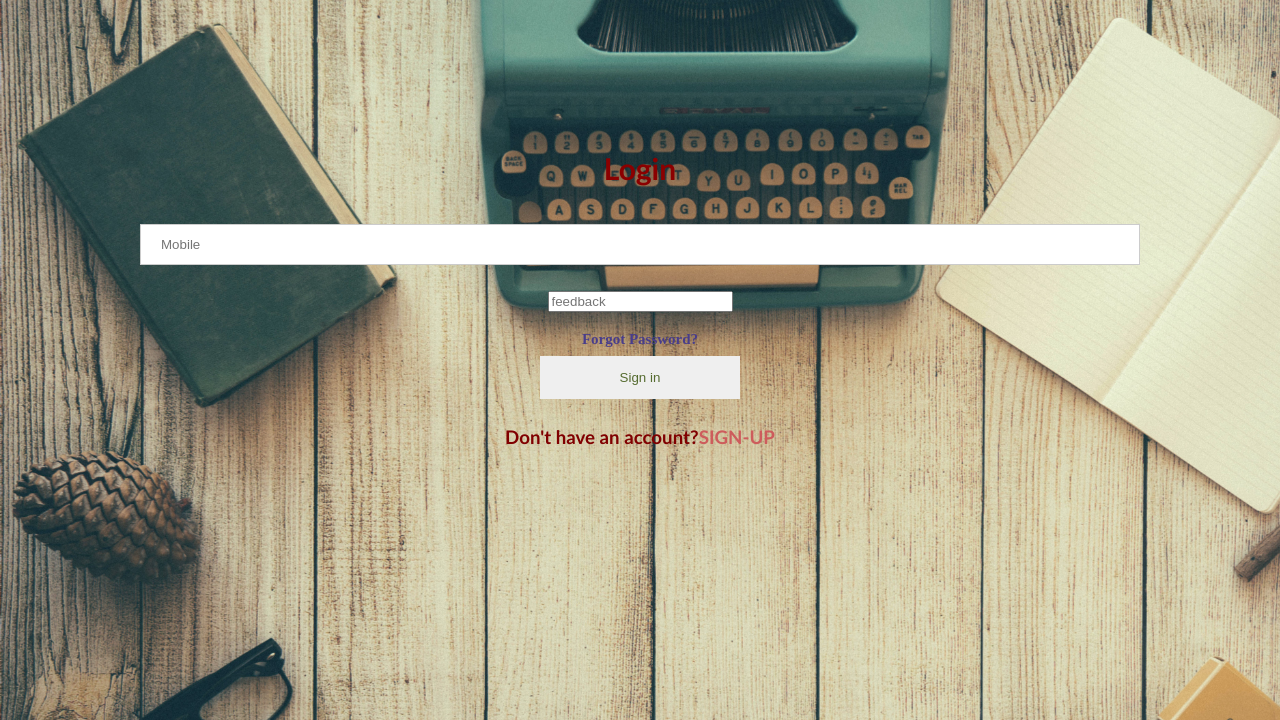
Repository: NAYAN9534/vehicle-booking-system
Page: http://localhost/minor/feedbacklogin.jsp
An editor plug-in stored every save of this project. The page is shown before and after the next save, followed by the edit.
The browser window is 1280 px wide. The pictures show the whole page.
The page is served by Tomcat 9.

Above is the page before, as saved 2017-05-27 15:37:36.

### minor/WebContent/feedbacklogin.jsp

<!DOCTYPE html>
<html>
<head>
	<title>Login</title>
	<link rel="icon"type="image" href="Logo.jpg"/>   <!--fav icon tag-->
</head>
<style type="text/css">

.signbtn
{
  padding: 14px 20px;
  background-color: lightblue;

}
button .signbtn: hover
{
	box-shadow: 10px 10px 5px #;
}
button
{

    color:  #556B2F;
    padding: 14px 20px;
    margin: 8px 0;
    border: none;
    cursor: pointer;
    width:200px;
    transition-duration: 0.4s;
}
input[type=text], input[type=text]
{
    width: 1000px;
    padding: 12px 20px;
    margin: 8px 0;
    display: inline-block;
    border: 1px solid #ccc;
    box-sizing: border-box;
}
#login p
{
font-family: calibri;
font-size: 30px;
color:  #8B0000;
}
body {
    background-image: url("68516858-notepad-wallpapers.jpeg");
    background-size: 1366px auto;
}
#login
{
    margin-top: 150px;
}

#login a
{
    text-decoration: none;
    color:      #CD5C5C;
}
#login .forgot
{
    color:  #483D8B;
    font-size: 15px;
}
</style>
<body>
<div id="login">
<center>
<p><b>Login</b></p>
<form action ="feedbackconn.jsp" method="post">
	<input type="text" name="mobile" id="txt_name" placeholder="Mobile"/><br><br>
	<input type="password" name="Feedback" id="txt_Password" placeholder="feedback"/><br><br>
    <a class="forgot" href="forgotpassword.jsp"><b>Forgot Password?</b></a><br>
	<button type="submit">Sign in</button>
</form>
<h3 style="color:maroon; font-family:calibri;">Don't have an account?<a href="userlogin.jsp"><span>SIGN-UP</span></a></h3>
</center>
</div>
</body>
</html>

After the next save:
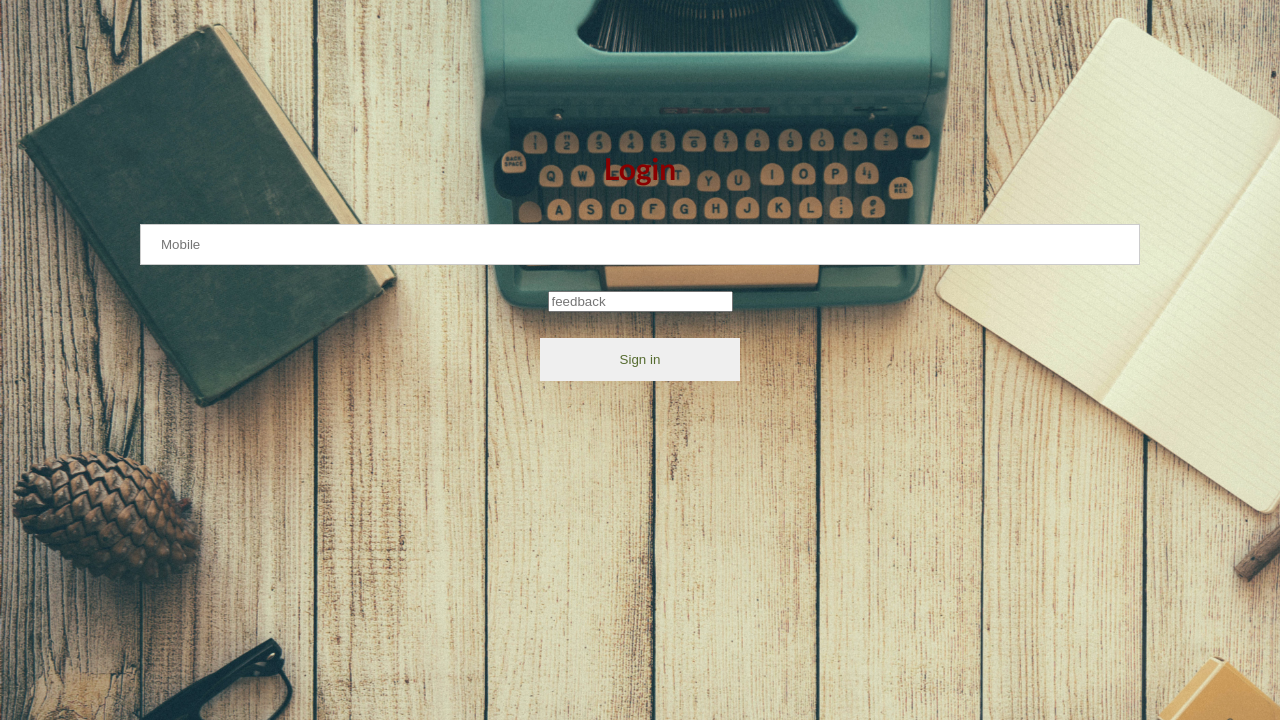
Saved 26 s later.
--- a/minor/WebContent/feedbacklogin.jsp
+++ b/minor/WebContent/feedbacklogin.jsp
@@ -70,10 +70,8 @@ body {
 <form action ="feedbackconn.jsp" method="post">
 	<input type="text" name="mobile" id="txt_name" placeholder="Mobile"/><br><br>
 	<input type="password" name="Feedback" id="txt_Password" placeholder="feedback"/><br><br>
-    <a class="forgot" href="forgotpassword.jsp"><b>Forgot Password?</b></a><br>
 	<button type="submit">Sign in</button>
 </form>
-<h3 style="color:maroon; font-family:calibri;">Don't have an account?<a href="userlogin.jsp"><span>SIGN-UP</span></a></h3>
 </center>
 </div>
 </body>
